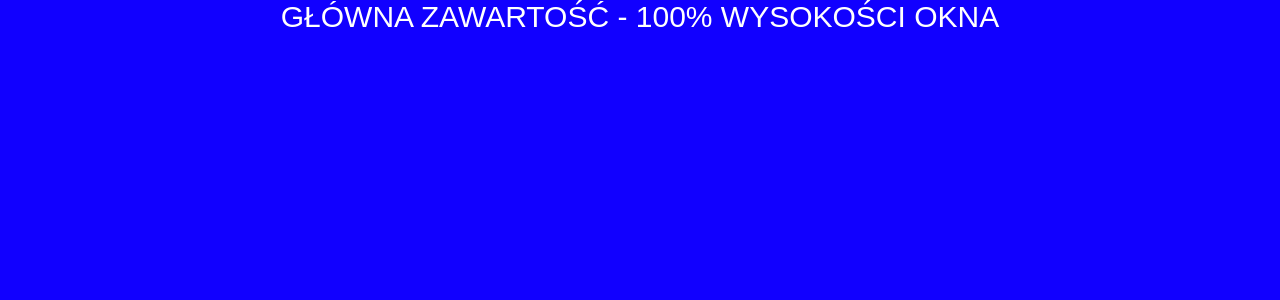
Repository: jasonj2333/advance_CSS
Page: 01-Header, Nav/start.html
The author's editor kept a copy of each file at every save. The page is drawn from the files as they stood at one save, then again after the next save.
The browser window is 1280 px wide. The pictures show the whole page.

Above is the page before, as saved 2019-04-23 18:52:32.

After the next save:
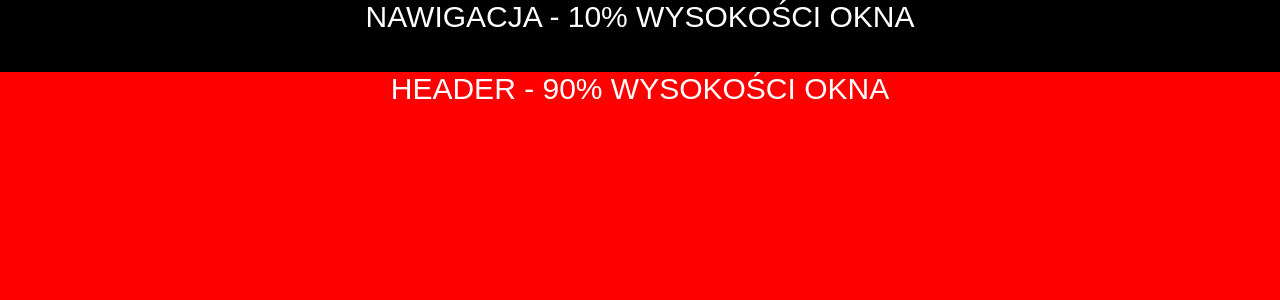
Saved 22 s later.
--- a/01-Header, Nav/start.html
+++ b/01-Header, Nav/start.html
@@ -37,7 +37,6 @@
 
 
         main {
-            position: relative;
             height: 100vh;
             background-color: rgb(17, 0, 255);
         }

After the save that followed:
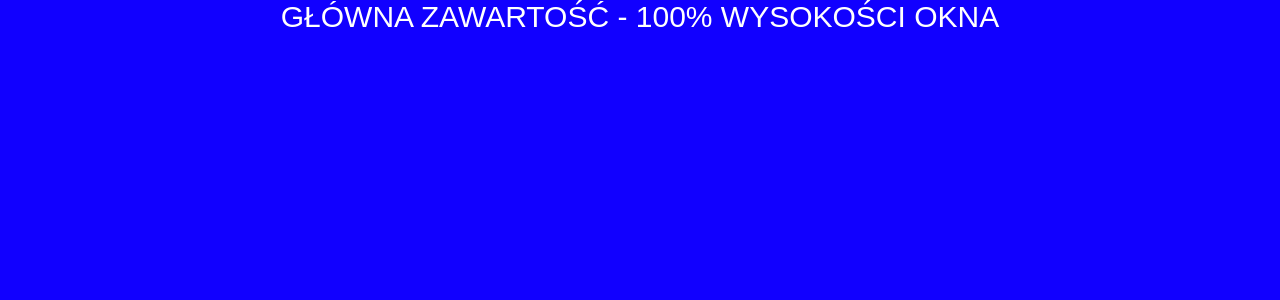
Saved 13 s later.
--- a/01-Header, Nav/start.html
+++ b/01-Header, Nav/start.html
@@ -37,6 +37,7 @@
 
 
         main {
+            position: relative;
             height: 100vh;
             background-color: rgb(17, 0, 255);
         }
